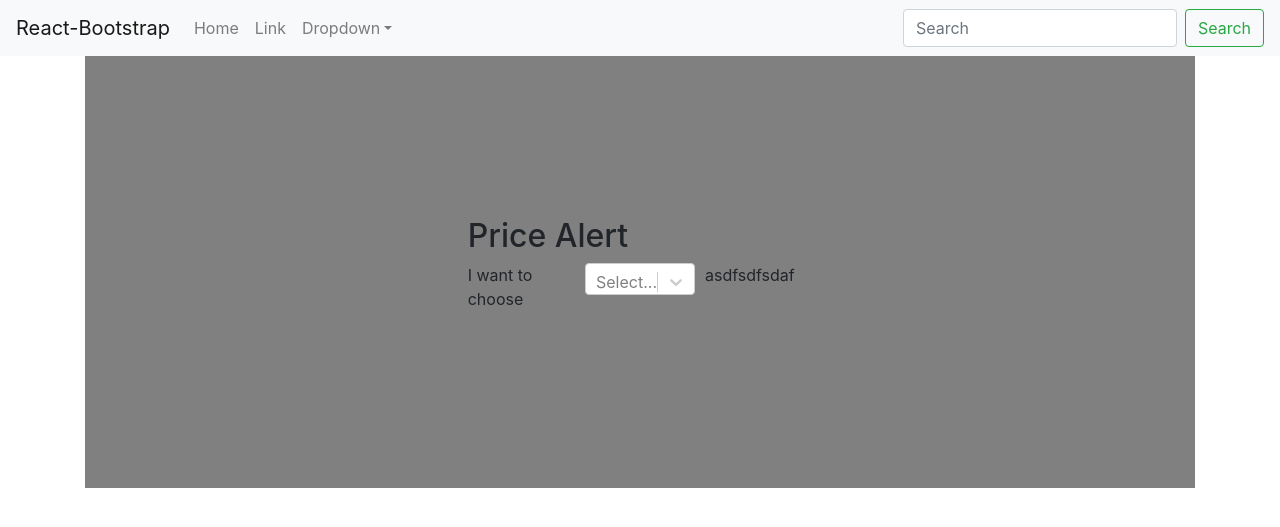
Repository: flychicken123/PriceAlertFront
Page: /
These files come from the project's save history. The page is drawn as it stood at one moment and after the next save; the edit follows.
The browser window is 1280 px wide. The pictures show the whole page.
The page's requests for data from a server got no answer. The project was rebuilt for these pictures with package versions that can differ from the ones it lists, and the page was loaded fresh each time. No one was signed in, and anything a server would have sent is missing. Also part of the build but not shown: src/App.css.

Above is the page before, as saved 2021-03-07 09:55:49.

After the next save:
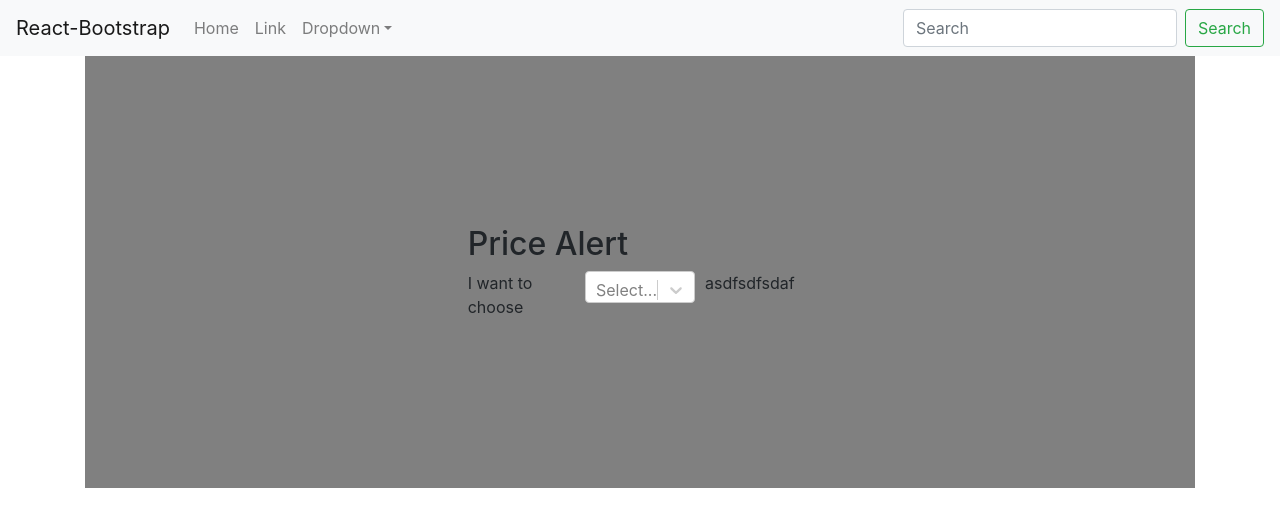
Saved 14 s later.
--- a/src/components/Home.jsx
+++ b/src/components/Home.jsx
@@ -43,7 +43,7 @@ export default function Home(props) {
                         <h2>Price Alert</h2>
                         <Form.Row>
                             <Col>
-                                <p>I want to choose</p>
+                                I want to choose
                             </Col>
                             <Col>
                                 <AsyncSelect
